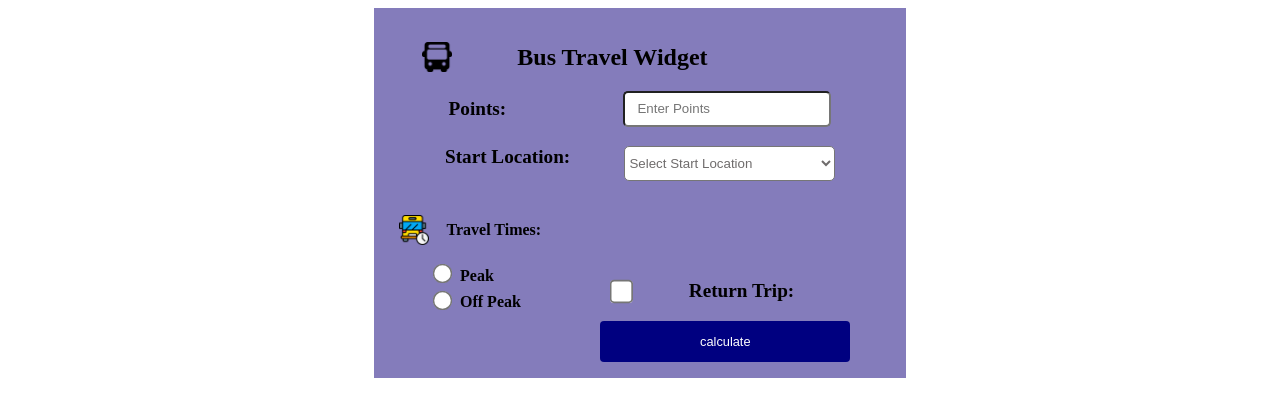
Repository: lasity34/bus_travel
Page: index.html
These files come from the project's save history. The page is drawn as it stood at one moment and after the next save; the edit follows.
The browser window is 1280 px wide. The pictures show the whole page.

Above is the page before, as saved 2023-05-31 11:11:53.

### index.html
<!DOCTYPE html>
<html lang="en">
  <head>
    <meta charset="UTF-8" />
    <meta http-equiv="X-UA-Compatible" content="IE=edge" />
    <meta name="viewport" content="width=device-width, initial-scale=1.0" />
    <link href="./style.css" rel="stylesheet" />
    <title>Bus travel</title>
  </head>
  <body>
    <div class="widget_container">
      <header>
        <img src="./images/bus.png" width="30" height="30" />
        <h2>Bus Travel Widget</h2>
      </header>
      <section>
        <div class="points_container">
          <label for="points">Points:</label>
          <input
            type="number"
            name="points"
            id="points"
            placeholder="Enter Points"
          />
        </div>
        <div class="start_location_container">
          <label for="dropdown">Start Location:</label>
          <select id="dropdown" name="dropdown">
            <option value="select_location">Select Start Location</option>
            <option value="atlantis">Atlantis</option>
            <option value="pinelands">Pinelands</option>
            <option value="milnerton">Milnerton</option>
          </select>
        </div>
      </section>
      <section class="calculate_container">
        <div class="calculate_title">
          <img src="./images/bus_time.png" width="30" height="30" />
          <h4>Travel Times:</h4>
        </div>
        <div class="input_container">
          <div class="calculate_input">
            <input type="radio" id="peak" name="time" value="peak" />
            <label for="peak">Peak</label><br />
            <input type="radio" id="off-peak" name="time" value="off-peak" />
            <label for="off-peak">Off Peak</label><br />
          </div>
          <div class="check_calculate">
            <div class="check_box">

                <input type="checkbox" name="return">
                <h4>Return Trip:</h4>
            </div>
              <button class="calculate_btn">calculate</button>
          </div>
        </div>
      </section>

      <script src="./bus_travel_factory.js"></script>
      <script src="./bus_travel.js"></script>
    </div>
  </body>
</html>

### style.css


.widget_container {
   margin: 0 auto;
   display: flex;
   flex-direction: column;
   justify-content: center;
    background-color: rgb(132, 124, 187);
    width: 70%;
    max-width: 500px;
    font-weight: bold;
    padding: 1em;
}

header {
    display: flex;
    align-items: center;
    justify-content: space-around;
    width: 70%;
}

.points_container  {
    display: flex;
    width: 100%;
    justify-content: space-around;
    align-items: center;
}

.points_container label {
    font-size: 1.2rem;
}

.points_container input {
    border-radius: 5px;
    height: 30px;
    text-indent: 10px;
    width: 40%;
}

input[type='number']::-webkit-inner-spin-button,
input[type='number']::-webkit-outer-spin-button {
    -webkit-appearance: none;
    margin: 0;
}

input[type='number'] {
    -moz-appearance: textfield;
}

.start_location_container {
    padding: 1em 0;
    display: flex;
    margin: 0 auto;
    justify-content: space-between;
    width: 78%;
    font-size: 1.2rem;
    max-width: 500px;
}

select {
    background-color: white;
    width: 54%;
    height: 35px;
    border-radius: 5px;
    color: rgb(111, 108, 108);
}

option {
    font-weight: lighter;

}

button {
    background-color: #000080; /* Dark Blue */
    border: none;
    color: white;
    text-align: center;
    display: inline-block;
    font-size:0.8rem;
    transition-duration: 0.4s;
    cursor: pointer;
    padding: 1em 1.5em;
    border-radius: 4px;
    width: 100%;
    margin: 0 auto;
  }

  button:hover {
    background-color: #0000FF; /* Blue */
    color: white;
  }

  .calculate_title {
    display: flex;
    width: 32%;
    justify-content: space-around;
    align-content: center;
  }

  .calculate_title img {
    align-self: center;
  }

  input[type="radio"], input[type="checkbox"] {
    transform: scale(1.5); /* Adjust the scale factor as needed */
    margin: 0.5em;
}

.input_container {
    display: flex;
    justify-content: space-around;
}

.check_calculate {
    width: 50%;
}

.check_box {
    display: flex;
    justify-content: space-around;
    width: 80%;
    transform: scale(1.2)
}

### bus_travel_factory.js



function bus_travel_factory() {

    let points = 0
    let location = ""

    function points_input(input) {
        points = input
    }




    function bus_location(input) {
        if (input === "milnerton") {
            location = "milnerton"
        } else if (input === "atlantis") {
            location = 'atlantis'
        } else if (input === 'pinelands') {
            location = 'pinelands'
        } else if (input === 'select_location') {
            location = 'select_location'
        }
    }



    function points_value() {
        return points
    }

    function location_return() {
        return location
    }


    return {
        points_input,
        points_value,
        bus_location,
        location_return
    }
}

### bus_travel.js

const points_value = document.querySelector("#points").value
const calculate_btn = document.querySelector(".calculate_btn")
const location_select = document.querySelector("#dropdown")

const bus_instance = bus_travel_factory()

function bus_travel() {

    bus_instance.points_input(points_value)
}

function bus_location() {
    const selected_value = this.value
    bus_instance.bus_location(selected_value)
}

location_select.addEventListener("change", bus_location)


calculate_btn.addEventListener("click", bus_travel)

After the next save:
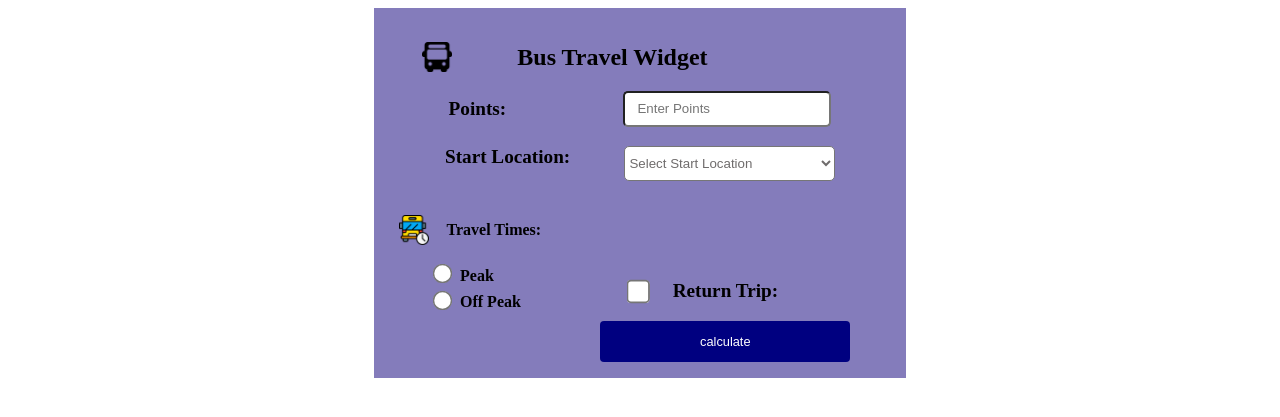
Saved 58 s later.
--- a/style.css
+++ b/style.css
@@ -117,7 +117,11 @@ button {
 
 .check_box {
     display: flex;
-    justify-content: space-around;
+    justify-content: center;
     width: 80%;
     transform: scale(1.2)
 }
+
+.check_box h4 {
+    margin-left: 1em;
+}
